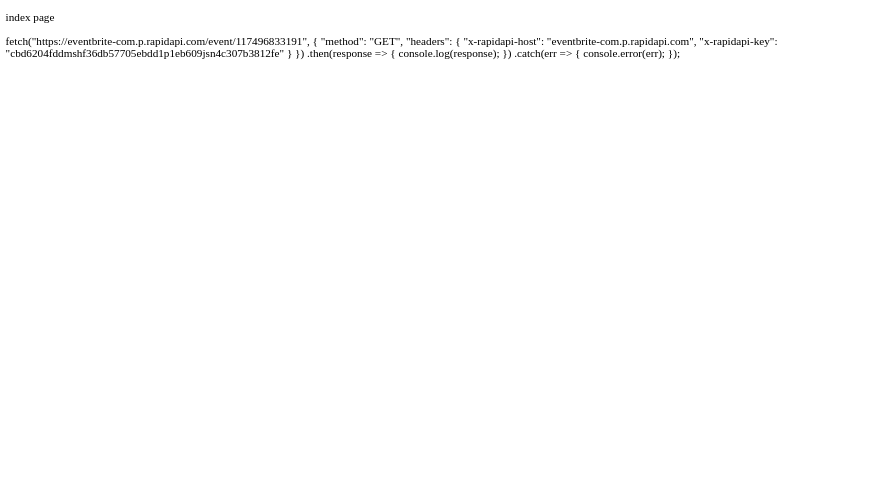
Repository: JohnRudolph1/Events-JSON
Page: index.html
An editor plug-in stored every save of this project. The page is shown before and after the next save, followed by the edit.
The browser window is 1280 px wide. The pictures show the part of the page from y = 0 to 1920 px (the page is 720 px tall before and 13432 px after), at 70% of full size.

Above is the page before, as saved 2022-01-10 09:00:51.

### index.html
<!-- index.html -->
<!DOCTYPE html>
<html>
<head>
    <title>fetch API</title>
</head>
<body>
    <p>index page</p>
    <div id="content">

    </div>

<script>
    fetch('./index.js')
        .then(data => data.text())
        .then(html => document.getElementById('content').innerHTML = html);
</script>
</body>
</html>

### index.js
fetch("https://eventbrite-com.p.rapidapi.com/event/117496833191", {
	"method": "GET",
	"headers": {
		"x-rapidapi-host": "eventbrite-com.p.rapidapi.com",
		"x-rapidapi-key": "cbd6204fddmshf36db57705ebdd1p1eb609jsn4c307b3812fe"
	}
})
.then(response => {
	console.log(response);
})
.catch(err => {
	console.error(err);
});

Loaded but not shown: json.js (library)

After the next save:
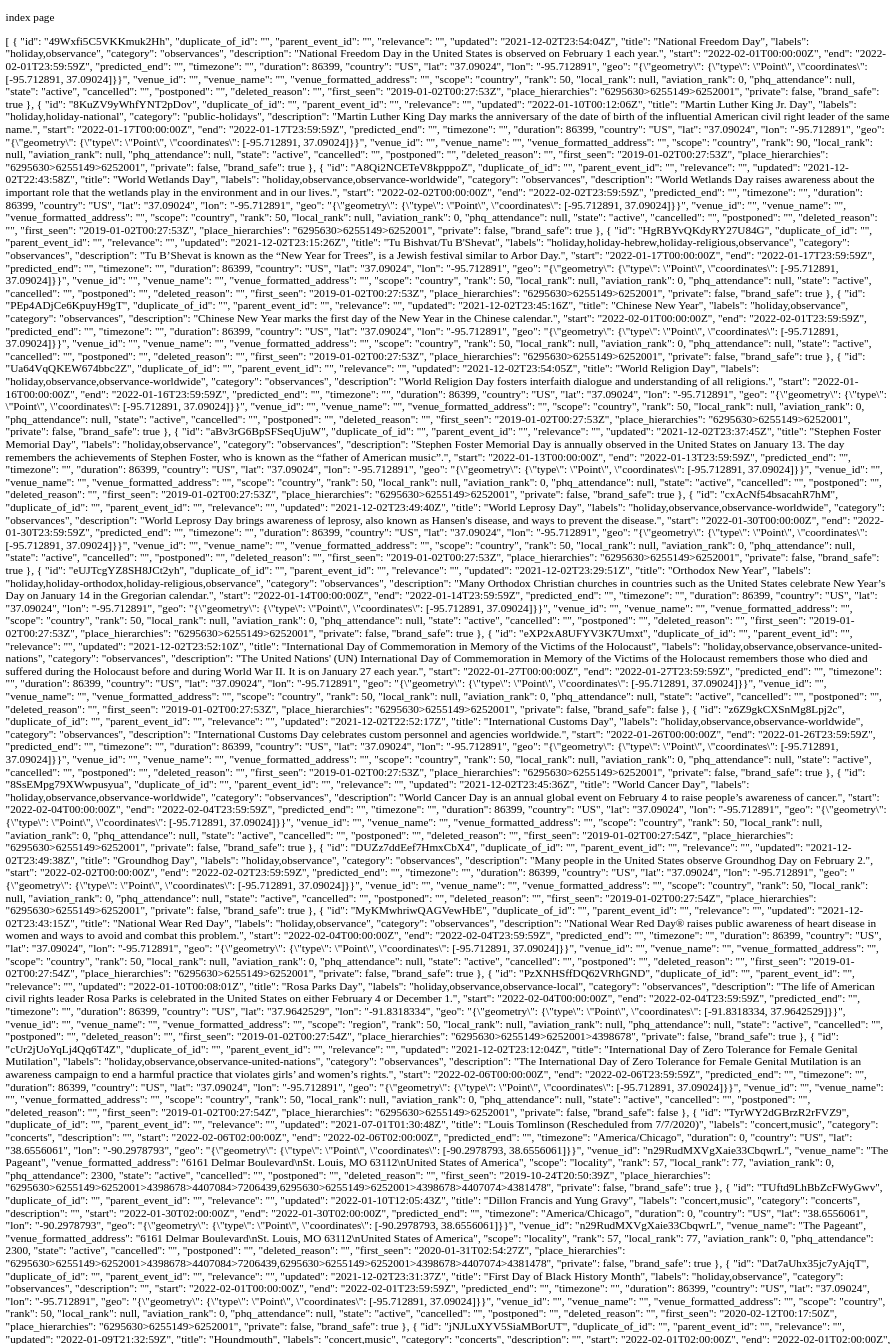
Saved 66 s later.
--- a/index.html
+++ b/index.html
@@ -11,7 +11,7 @@
     </div>
 
 <script>
-    fetch('./index.js')
+    fetch('./json.js')
         .then(data => data.text())
         .then(html => document.getElementById('content').innerHTML = html);
 </script>
